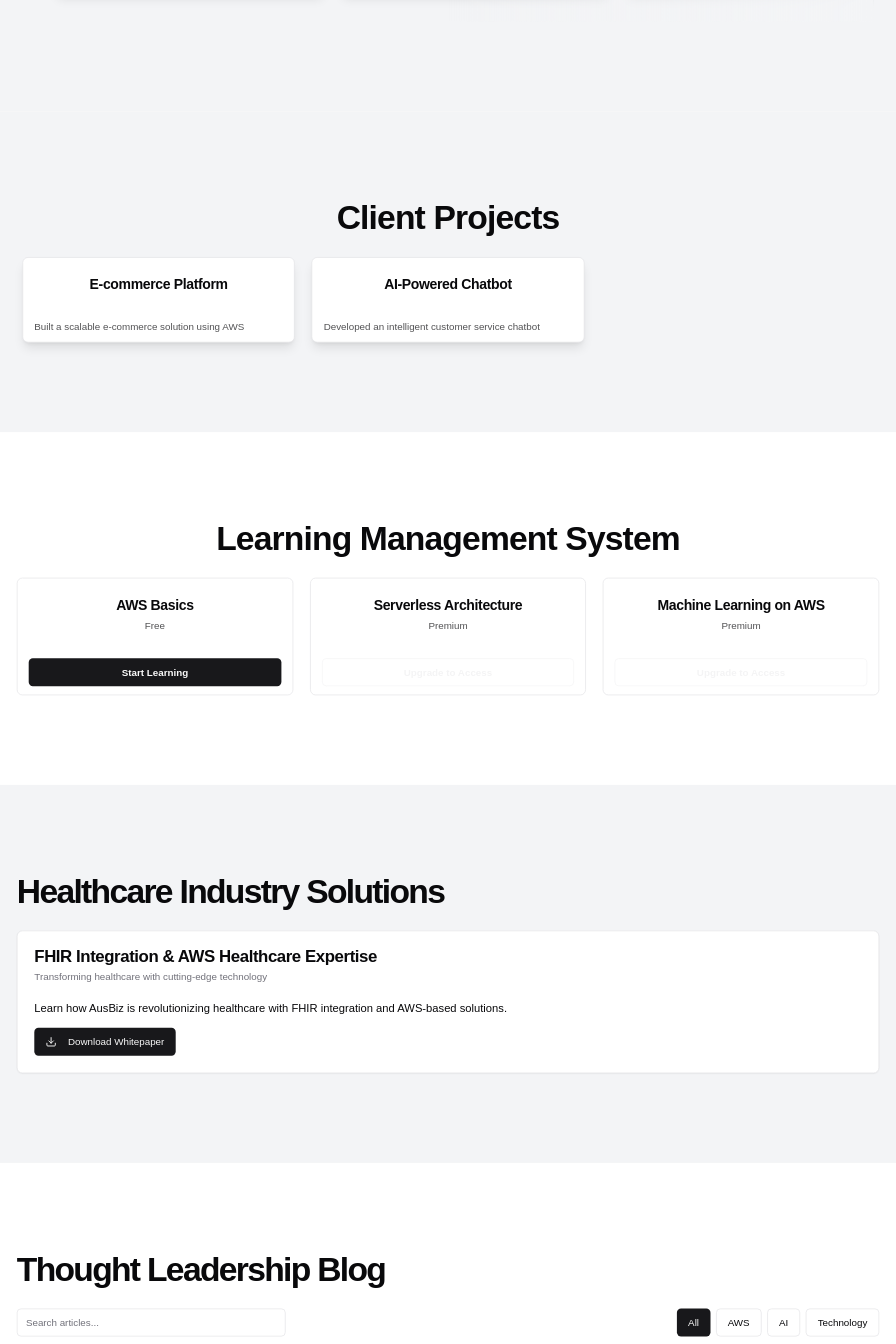
Repository: DiwanMalla/ausbizdemo1
Page: /
These files come from the project's save history. The page is drawn as it stood at one moment and after the next save; the edit follows.
The browser window is 1280 px wide. The pictures show the part of the page from y = 1896 to 3816 px (the page is 5749 px tall), at 70% of full size.
The project was rebuilt for these pictures with package versions that can differ from the ones it lists, and the page was loaded fresh each time. The framework's server and built-in components were replaced by stand-ins that run in the browser. Also part of the build but not shown: next.config.ts.

Above is the page before, as saved 2024-11-09 18:47:26.

### components/ui/button.tsx
import * as React from "react"
import { Slot } from "@radix-ui/react-slot"
import { cva, type VariantProps } from "class-variance-authority"

import { cn } from "@/lib/utils"

const buttonVariants = cva(
  "inline-flex items-center justify-center gap-2 whitespace-nowrap rounded-md text-sm font-medium ring-offset-background transition-colors focus-visible:outline-none focus-visible:ring-2 focus-visible:ring-ring focus-visible:ring-offset-2 disabled:pointer-events-none disabled:opacity-50 [&_svg]:pointer-events-none [&_svg]:size-4 [&_svg]:shrink-0",
  {
    variants: {
      variant: {
        default: "bg-primary text-primary-foreground hover:bg-primary/90",
        destructive:
          "bg-destructive text-destructive-foreground hover:bg-destructive/90",
        outline:
          "border border-input bg-background hover:bg-accent hover:text-accent-foreground",
        secondary:
          "bg-secondary text-secondary-foreground hover:bg-secondary/80",
        ghost: "hover:bg-accent hover:text-accent-foreground",
        link: "text-primary underline-offset-4 hover:underline",
      },
      size: {
        default: "h-10 px-4 py-2",
        sm: "h-9 rounded-md px-3",
        lg: "h-11 rounded-md px-8",
        icon: "h-10 w-10",
      },
    },
    defaultVariants: {
      variant: "default",
      size: "default",
    },
  }
)

export interface ButtonProps
  extends React.ButtonHTMLAttributes<HTMLButtonElement>,
    VariantProps<typeof buttonVariants> {
  asChild?: boolean
}

const Button = React.forwardRef<HTMLButtonElement, ButtonProps>(
  ({ className, variant, size, asChild = false, ...props }, ref) => {
    const Comp = asChild ? Slot : "button"
    return (
      <Comp
        className={cn(buttonVariants({ variant, size, className }))}
        ref={ref}
        {...props}
      />
    )
  }
)
Button.displayName = "Button"

export { Button, buttonVariants }

### components/HeroSection.tsx
import { Button } from "@/components/ui/button";

export default function HeroSection() {
  return (
    <section className="w-full py-12 md:py-24 lg:py-32 xl:py-48">
      <div className="container px-4 md:px-6">
        <div className="flex flex-col items-center space-y-4 text-center">
          <div className="space-y-2">
            <h1 className="text-3xl font-bold tracking-tighter sm:text-4xl md:text-5xl lg:text-6xl/none">
              Generative AI and AWS Expertise
            </h1>
            <p className="mx-auto max-w-[700px] text-gray-500 md:text-xl dark:text-gray-400">
              Empowering businesses with cutting-edge technology solutions
            </p>
          </div>
          <div className="space-x-4">
            <Button>Contact Us</Button>
            <Button variant="outline">Learn More</Button>
          </div>
        </div>
      </div>
    </section>
  );
}

### components/Services.tsx
import {
  Card,
  CardContent,
  CardDescription,
  CardHeader,
  CardTitle,
} from "@/components/ui/card";
import {
  CloudIcon,
  CodeIcon,
  BrainIcon,
  DatabaseIcon,
  SmartphoneIcon,
} from "lucide-react";

const services = [
  {
    title: "Cloud Solutions",
    description: "Scalable and secure AWS cloud infrastructure",
    icon: CloudIcon,
  },
  {
    title: "Full-Stack Development",
    description: "End-to-end web and mobile app development",
    icon: CodeIcon,
  },
  {
    title: "AI Consulting",
    description: "Leverage AI to transform your business",
    icon: BrainIcon,
  },
  {
    title: "Data Engineering",
    description: "Streamlining your data pipelines and architectures",
    icon: DatabaseIcon,
  },
  {
    title: "Mobile Development",
    description: "Developing mobile apps for iOS and Android",
    icon: SmartphoneIcon,
  },
  // More services added...
];

export default function ServicesCarousel() {
  return (
    <section className="w-full py-12 md:py-24 lg:py-32 bg-gray-100 dark:bg-gray-800">
      <div className="container mx-auto px-6 md:px-8">
        <h2 className="text-3xl font-bold tracking-tight sm:text-4xl md:text-5xl mb-8 text-center text-foreground">
          Our Services
        </h2>
        <div className="relative">
          <div className="flex overflow-x-auto pb-10 hide-scroll-bar scroll-smooth px-6 lg:px-12 space-x-6">
            {services.map((service, index) => (
              <Card
                key={index}
                className="flex-none w-64 sm:w-80 lg:w-96 bg-white shadow-lg rounded-lg transition-all duration-300 transform hover:scale-105 hover:shadow-xl"
              >
                <CardHeader className="flex justify-center items-center p-6">
                  <service.icon className="w-14 h-14 text-indigo-600" />
                </CardHeader>
                <CardContent className="px-4 py-3">
                  <CardTitle className="text-lg font-semibold text-foreground">
                    {service.title}
                  </CardTitle>
                  <CardDescription className="text-sm text-foreground/70">
                    {service.description}
                  </CardDescription>
                </CardContent>
              </Card>
            ))}
          </div>
          <div className="absolute top-0 left-0 right-0 bottom-0 bg-gradient-to-r from-transparent via-transparent to-gray-100 pointer-events-none"></div>
        </div>
      </div>
    </section>
  );
}

### components/ClientProject.tsx
import { useState } from "react";
import {
  Card,
  CardContent,
  CardDescription,
  CardHeader,
  CardTitle,
} from "@/components/ui/card";
import { Button } from "@/components/ui/button";

const projects = [
  {
    title: "E-commerce Platform",
    description: "Built a scalable e-commerce solution using AWS",
    details:
      "Implemented serverless architecture with AWS Lambda and DynamoDB...",
  },
  {
    title: "AI-Powered Chatbot",
    description: "Developed an intelligent customer service chatbot",
    details:
      "Utilized AWS Lex and Amazon Comprehend for natural language processing...",
  },
  // Add more projects...
];

export default function ClientProjects() {
  const [expandedProject, setExpandedProject] = useState(null);

  return (
    <section className="w-full py-12 md:py-24 lg:py-32 bg-gray-100 dark:bg-gray-800">
      <div className="container mx-auto px-6 md:px-8">
        <h2 className="text-3xl font-bold tracking-tight sm:text-4xl md:text-5xl mb-8 text-center text-foreground">
          Client Projects
        </h2>
        <div className="grid gap-6 sm:grid-cols-2 lg:grid-cols-3">
          {projects.map((project, index) => (
            <Card
              key={index}
              className="cursor-pointer rounded-lg bg-white shadow-lg hover:shadow-xl transition-all duration-300 transform hover:scale-105"
              onClick={() => setExpandedProject(index)}
            >
              <CardHeader className="p-6 text-center">
                <CardTitle className="text-xl font-semibold">
                  {project.title}
                </CardTitle>
              </CardHeader>
              <CardContent className="px-4 py-3">
                <CardDescription className="text-sm text-foreground/70">
                  {project.description}
                </CardDescription>
                {expandedProject === index && (
                  <div className="mt-4">
                    <p className="text-sm text-foreground/80">
                      {project.details}
                    </p>
                    <Button
                      className="mt-4 w-full text-white bg-indigo-600 hover:bg-indigo-700 transition-all duration-200"
                      onClick={(e) => {
                        e.stopPropagation();
                        setExpandedProject(null);
                      }}
                    >
                      Close
                    </Button>
                  </div>
                )}
              </CardContent>
            </Card>
          ))}
        </div>
      </div>
    </section>
  );
}

### components/LMS.tsx
import { Button } from "@/components/ui/button";
import {
  Card,
  CardContent,
  CardDescription,
  CardHeader,
  CardTitle,
} from "@/components/ui/card";

const modules = [
  { title: "AWS Basics", free: true },
  { title: "Serverless Architecture", free: false },
  { title: "Machine Learning on AWS", free: false },
  // Add more modules...
];

export default function LMSSection() {
  return (
    <section className="w-full py-12 md:py-24 lg:py-32">
      <div className="container px-4 md:px-6">
        <h2 className="text-3xl font-bold tracking-tight sm:text-4xl md:text-5xl mb-8 text-center text-foreground">
          Learning Management System
        </h2>
        <div className="grid gap-6 sm:grid-cols-2 lg:grid-cols-3">
          {modules.map((module, index) => (
            <Card
              key={index}
              className="cursor-pointer rounded-lg bg-card shadow-card hover:shadow-card-hover transition-all duration-300 transform hover:scale-105"
            >
              <CardHeader className="p-6 text-center">
                <CardTitle className="text-xl font-semibold text-foreground">
                  {module.title}
                </CardTitle>
                <CardDescription className="text-sm text-foreground/70">
                  {module.free ? "Free" : "Premium"}
                </CardDescription>
              </CardHeader>
              <CardContent className="px-4 py-3 flex justify-center">
                <Button
                  variant={module.free ? "default" : "outline"}
                  className={`${
                    module.free
                      ? "bg-primary text-primary-foreground hover:bg-primary/90"
                      : "border-accent text-accent dark:text-foreground hover:bg-accent/10"
                  } w-full py-2 px-4 text-sm font-semibold transition-all duration-200`}
                >
                  {module.free ? "Start Learning" : "Upgrade to Access"}
                </Button>
              </CardContent>
            </Card>
          ))}
        </div>
      </div>
    </section>
  );
}

### components/Healthcare.tsx
import {
  Card,
  CardContent,
  CardDescription,
  CardHeader,
  CardTitle,
} from "@/components/ui/card";
import { Button } from "@/components/ui/button";
import { DownloadIcon } from "lucide-react";

export default function IndustryCallouts() {
  return (
    <section className="w-full py-12 md:py-24 lg:py-32 bg-gray-100 dark:bg-gray-800">
      <div className="container px-4 md:px-6">
        <h2 className="text-3xl font-bold tracking-tighter sm:text-4xl md:text-5xl mb-8">
          Healthcare Industry Solutions
        </h2>
        <Card>
          <CardHeader>
            <CardTitle>FHIR Integration & AWS Healthcare Expertise</CardTitle>
            <CardDescription>
              Transforming healthcare with cutting-edge technology
            </CardDescription>
          </CardHeader>
          <CardContent>
            <p className="mb-4">
              Learn how AusBiz is revolutionizing healthcare with FHIR
              integration and AWS-based solutions.
            </p>
            <Button>
              <DownloadIcon className="mr-2 h-4 w-4" /> Download Whitepaper
            </Button>
          </CardContent>
        </Card>
      </div>
    </section>
  );
}

### components/Blog.tsx
import { useState } from "react";
import {
  Card,
  CardContent,
  CardDescription,
  CardHeader,
  CardTitle,
} from "@/components/ui/card";
import { Input } from "@/components/ui/input";
import { Button } from "@/components/ui/button";

const blogPosts = [
  { title: "The Future of AWS", category: "AWS" },
  { title: "AI Trends in 2024", category: "AI" },
  { title: "Serverless Architecture Best Practices", category: "Technology" },
  // Add more blog posts...
];

export default function BlogSection() {
  const [searchTerm, setSearchTerm] = useState("");
  const [selectedCategory, setSelectedCategory] = useState("All");

  const filteredPosts = blogPosts.filter(
    (post) =>
      post.title.toLowerCase().includes(searchTerm.toLowerCase()) &&
      (selectedCategory === "All" || post.category === selectedCategory)
  );

  return (
    <section className="w-full py-12 md:py-24 lg:py-32">
      <div className="container px-4 md:px-6">
        <h2 className="text-3xl font-bold tracking-tighter sm:text-4xl md:text-5xl mb-8">
          Thought Leadership Blog
        </h2>
        <div className="flex justify-between mb-6">
          <Input
            type="search"
            placeholder="Search articles..."
            className="max-w-sm"
            value={searchTerm}
            onChange={(e) => setSearchTerm(e.target.value)}
          />
          <div className="space-x-2">
            {["All", "AWS", "AI", "Technology"].map((category) => (
              <Button
                key={category}
                variant={selectedCategory === category ? "default" : "outline"}
                onClick={() => setSelectedCategory(category)}
              >
                {category}
              </Button>
            ))}
          </div>
        </div>
        <div className="grid gap-6 sm:grid-cols-2 lg:grid-cols-3">
          {filteredPosts.map((post, index) => (
            <Card key={index}>
              <CardHeader>
                <CardTitle>{post.title}</CardTitle>
                <CardDescription>{post.category}</CardDescription>
              </CardHeader>
              <CardContent>
                <Button variant="outline">Read More</Button>
              </CardContent>
            </Card>
          ))}
        </div>
        <div className="mt-8 text-center">
          <Button>Subscribe for Updates</Button>
        </div>
      </div>
    </section>
  );
}

### components/CorporateTraining.tsx
import {
  Card,
  CardContent,
  CardDescription,
  CardHeader,
  CardTitle,
} from "@/components/ui/card";
import { Input } from "@/components/ui/input";
import { Textarea } from "@/components/ui/textarea";
import { Button } from "@/components/ui/button";
import {
  Select,
  SelectContent,
  SelectItem,
  SelectTrigger,
  SelectValue,
} from "@/components/ui/select";

export default function CorporateTraining() {
  return (
    <section className="w-full py-12 md:py-24 lg:py-32 bg-gray-100 dark:bg-gray-800">
      <div className="container px-4 md:px-6">
        <h2 className="text-3xl font-bold tracking-tighter sm:text-4xl md:text-5xl mb-8">
          Corporate Training
        </h2>
        <Card>
          <CardHeader>
            <CardTitle>Request Customized Training</CardTitle>
            <CardDescription>
              Tailor our training programs to your company's needs
            </CardDescription>
          </CardHeader>
          <CardContent>
            <form className="space-y-4">
              <Input placeholder="Company Name" />
              <Input placeholder="Contact Person" />
              <Input type="email" placeholder="Email" />
              <Select>
                <SelectTrigger>
                  <SelectValue placeholder="Training Format" />
                </SelectTrigger>
                <SelectContent>
                  <SelectItem value="in-person">In-Person</SelectItem>
                  <SelectItem value="remote">Remote</SelectItem>
                </SelectContent>
              </Select>
              <Textarea placeholder="Specific Requirements" />
              <Button type="submit">Submit Request</Button>
            </form>
          </CardContent>
        </Card>
      </div>
    </section>
  );
}

### components/Event.tsx
import {
  Card,
  CardContent,
  CardDescription,
  CardHeader,
  CardTitle,
} from "@/components/ui/card";
import { Button } from "@/components/ui/button";
import { CalendarIcon } from "lucide-react";

const events = [
  { title: "Create an AWS Account", date: "2024-06-15", time: "14:00" },
  { title: "First Lambda Function", date: "2024-06-22", time: "15:30" },
  // Add more events...
];

export default function EventSection() {
  return (
    <section className="w-full py-12 md:py-24 lg:py-32">
      <div className="container px-4 md:px-6">
        <h2 className="text-3xl font-bold tracking-tighter sm:text-4xl md:text-5xl mb-8">
          Upcoming Free Sessions
        </h2>
        <div className="grid gap-6 sm:grid-cols-2 lg:grid-cols-3">
          {events.map((event, index) => (
            <Card key={index}>
              <CardHeader>
                <CardTitle>{event.title}</CardTitle>
                <CardDescription>
                  <CalendarIcon className="inline-block mr-2" />
                  {new Date(`${event.date}T${event.time}`).toLocaleString()}
                </CardDescription>
              </CardHeader>
              <CardContent>
                <Button>Register</Button>
              </CardContent>
            </Card>
          ))}
        </div>
      </div>
    </section>
  );
}

### components/Footer.tsx
import { Button } from "@/components/ui/button";
import {
  FacebookIcon,
  TwitterIcon,
  LinkedinIcon,
  MoonIcon,
  SunIcon,
} from "lucide-react";

export default function Footer({ isDarkMode, toggleDarkMode }) {
  return (
    <footer className="w-full py-6 bg-gray-100 dark:bg-gray-800">
      <div className="container px-4 md:px-6">
        <div className="grid gap-8 sm:grid-cols-2 md:grid-cols-4">
          <div>
            <h3 className="text-lg font-semibold mb-2">About AusBiz</h3>
            <p className="text-sm">
              Empowering businesses with cutting-edge technology solutions
            </p>
          </div>
          <div>
            <h3 className="text-lg font-semibold mb-2">Contact</h3>
            <p className="text-sm">info@ausbiz.com</p>
            <p className="text-sm">+1 (555) 123-4567</p>
          </div>
          <div>
            <h3 className="text-lg font-semibold mb-2">Legal</h3>
            <ul className="space-y-1">
              <li>
                <a href="#" className="text-sm hover:underline">
                  Privacy Policy
                </a>
              </li>
              <li>
                <a href="#" className="text-sm hover:underline">
                  Terms of Service
                </a>
              </li>
            </ul>
          </div>
          <div>
            <h3 className="text-lg font-semibold mb-2">Follow Us</h3>
            <div className="flex space-x-4">
              <a href="#" aria-label="Facebook">
                <FacebookIcon className="w-6 h-6" />
              </a>
              <a href="#" aria-label="Twitter">
                <TwitterIcon className="w-6 h-6" />
              </a>
              <a href="#" aria-label="LinkedIn">
                <LinkedinIcon className="w-6 h-6" />
              </a>
            </div>
          </div>
        </div>
        <div className="mt-8 flex justify-between items-center">
          <p className="text-sm">&copy; 2024 AusBiz. All rights reserved.</p>
          <Button variant="outline" size="icon" onClick={toggleDarkMode}>
            {isDarkMode ? (
              <SunIcon className="h-[1.2rem] w-[1.2rem]" />
            ) : (
              <MoonIcon className="h-[1.2rem] w-[1.2rem]" />
            )}
            <span className="sr-only">Toggle theme</span>
          </Button>
        </div>
      </div>
    </footer>
  );
}

### components/ui/card.tsx
import * as React from "react"

import { cn } from "@/lib/utils"

const Card = React.forwardRef<
  HTMLDivElement,
  React.HTMLAttributes<HTMLDivElement>
>(({ className, ...props }, ref) => (
  <div
    ref={ref}
    className={cn(
      "rounded-lg border bg-card text-card-foreground shadow-sm",
      className
    )}
    {...props}
  />
))
Card.displayName = "Card"

const CardHeader = React.forwardRef<
  HTMLDivElement,
  React.HTMLAttributes<HTMLDivElement>
>(({ className, ...props }, ref) => (
  <div
    ref={ref}
    className={cn("flex flex-col space-y-1.5 p-6", className)}
    {...props}
  />
))
CardHeader.displayName = "CardHeader"

const CardTitle = React.forwardRef<
  HTMLDivElement,
  React.HTMLAttributes<HTMLDivElement>
>(({ className, ...props }, ref) => (
  <div
    ref={ref}
    className={cn(
      "text-2xl font-semibold leading-none tracking-tight",
      className
    )}
    {...props}
  />
))
CardTitle.displayName = "CardTitle"

const CardDescription = React.forwardRef<
  HTMLDivElement,
  React.HTMLAttributes<HTMLDivElement>
>(({ className, ...props }, ref) => (
  <div
    ref={ref}
    className={cn("text-sm text-muted-foreground", className)}
    {...props}
  />
))
CardDescription.displayName = "CardDescription"

const CardContent = React.forwardRef<
  HTMLDivElement,
  React.HTMLAttributes<HTMLDivElement>
>(({ className, ...props }, ref) => (
  <div ref={ref} className={cn("p-6 pt-0", className)} {...props} />
))
CardContent.displayName = "CardContent"

const CardFooter = React.forwardRef<
  HTMLDivElement,
  React.HTMLAttributes<HTMLDivElement>
>(({ className, ...props }, ref) => (
  <div
    ref={ref}
    className={cn("flex items-center p-6 pt-0", className)}
    {...props}
  />
))
CardFooter.displayName = "CardFooter"

export { Card, CardHeader, CardFooter, CardTitle, CardDescription, CardContent }

### components/ui/input.tsx
import * as React from "react"

import { cn } from "@/lib/utils"

const Input = React.forwardRef<HTMLInputElement, React.ComponentProps<"input">>(
  ({ className, type, ...props }, ref) => {
    return (
      <input
        type={type}
        className={cn(
          "flex h-10 w-full rounded-md border border-input bg-background px-3 py-2 text-base ring-offset-background file:border-0 file:bg-transparent file:text-sm file:font-medium file:text-foreground placeholder:text-muted-foreground focus-visible:outline-none focus-visible:ring-2 focus-visible:ring-ring focus-visible:ring-offset-2 disabled:cursor-not-allowed disabled:opacity-50 md:text-sm",
          className
        )}
        ref={ref}
        {...props}
      />
    )
  }
)
Input.displayName = "Input"

export { Input }

Loaded but not shown: app/layout.tsx (common file); app/globals.css (common file); lib/utils.ts (common file); components/ui/textarea.tsx (common file); tailwind.config.ts (common file); components/ui/select.tsx (160 lines, source omitted); app/page.tsx (145 lines, source omitted); components/Bootcamp.tsx (108 lines, source omitted)

After the next save:
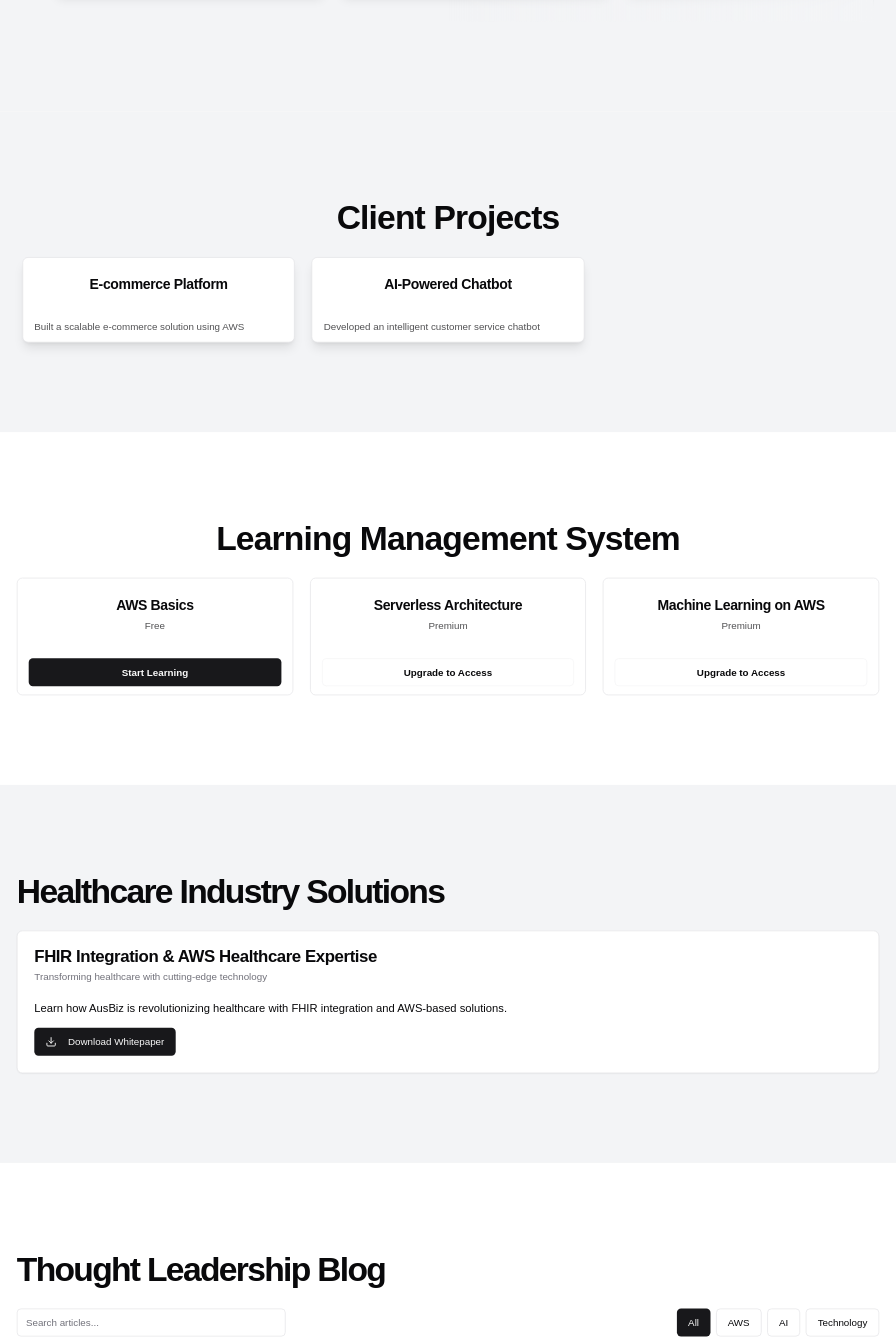
Saved 89 s later.
--- a/components/LMS.tsx
+++ b/components/LMS.tsx
@@ -41,7 +41,7 @@ export default function LMSSection() {
                   className={`${
                     module.free
                       ? "bg-primary text-primary-foreground hover:bg-primary/90"
-                      : "border-accent text-accent dark:text-foreground hover:bg-accent/10"
+                      : "border-accent  dark:text-foreground hover:bg-accent/10"
                   } w-full py-2 px-4 text-sm font-semibold transition-all duration-200`}
                 >
                   {module.free ? "Start Learning" : "Upgrade to Access"}
